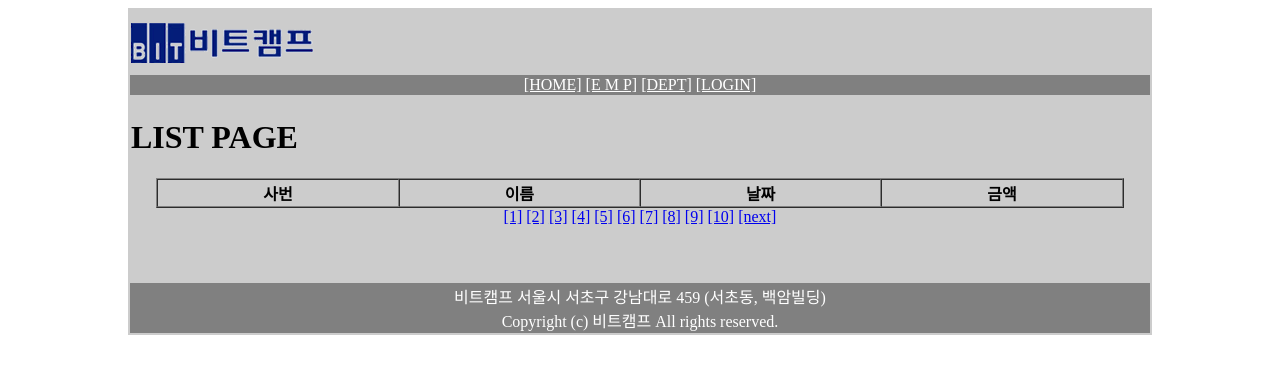
Repository: kwakjaeyeon/webWorkspace
Page: http://localhost/web05/emp/list.jsp?page=1
These files come from the project's save history. The page is drawn as it stood at one moment and after the next save; the edit follows.
The browser window is 1280 px wide. The pictures show the whole page.
The page is served by Tomcat 9. Queries for data that is not in the repository find no rows.

Above is the page before, as saved 2020-07-03 05:26:57.

After the next save:
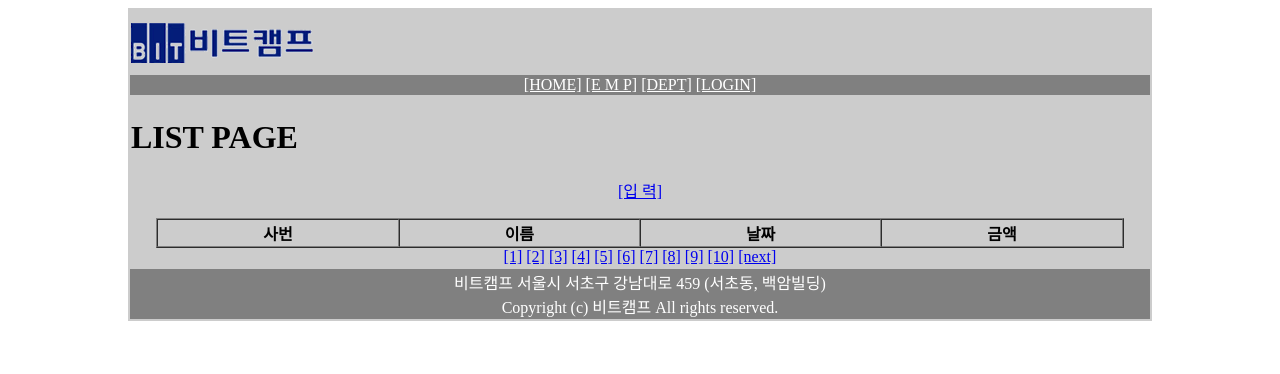
Saved 115 s later.
--- a/web05/WebContent/emp/list.jsp
+++ b/web05/WebContent/emp/list.jsp
@@ -10,6 +10,7 @@
 <%@ include file = "../template/header.jspf" %>
 <%@ include file = "../template/menu.jspf" %>
 	<h1>LIST PAGE</h1>
+	<p align = "center"><a href = "add.jsp">[입 력]</a></p>
 	<table width = "95%" border = "1" cellspacing = "0" align = "center">
 		<tr>
 			<th>사번</th>
@@ -87,7 +88,7 @@
 	}
 	%>
 
-	<br>	<br>	<br>	<br>
+
 	</center>
 
 
